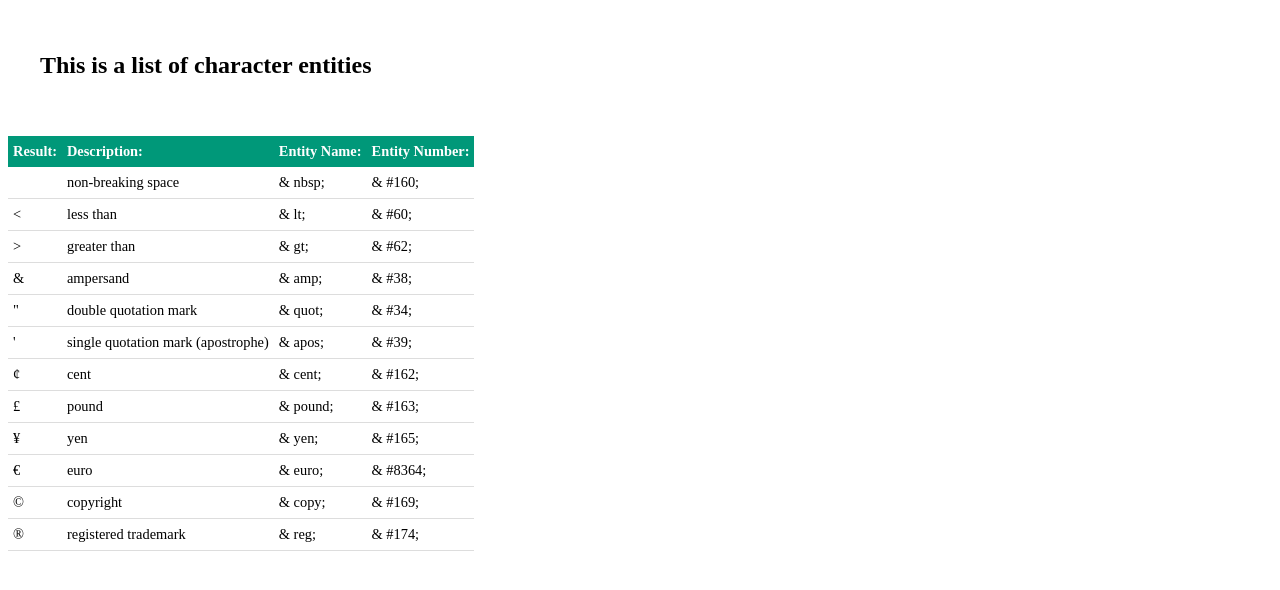
Repository: linas-dev/HTML-CSS-Projects
Page: Basic_HTML_and_CSS/Basic_HTML_5.html
The author's editor kept a copy of each file at every save. The page is drawn from the files as they stood at one save, then again after the next save.
The browser window is 1280 px wide. The pictures show the whole page.

Above is the page before, as saved 2021-05-30 11:19:03.

### Basic_HTML_and_CSS/Basic_HTML_5.html
<!DOCTYPE html>
<html lang="en">
<head>
    <meta charset="UTF-8">
    <meta http-equiv="X-UA-Compatible" content="IE=edge">
    <meta name="viewport" content="width=device-width, initial-scale=1.0">
    <link rel="stylesheet" href="Basic_CSS_2.css">
    <title>Document</title>
</head>
<body>

    <h2>This is a list of character entities</h2>

    <table class="table">
        <thead>
            <td>Result:</td>
            <td>Description: </td>
            <td>Entity Name:</td>
            <td>Entity Number:</td>
        </thead>
        <tbody>
            <tr>
                <td></td>
                <td>non-breaking space</td>
                <td>& nbsp;</td>
                <td>& #160;</td>
            </tr>
            <tr>
                <td><</td>
                <td>less than</td>
                <td>& lt;</td>
                <td>& #60;</td>
            </tr>
            <tr>
                <td>></td>
                <td> greater than</td>
                <td> & gt;</td>
                <td> & #62;</td>
            </tr>
            <tr>
                <td>&</td>
                <td> ampersand</td>
                <td> & amp;</td>
                <td> & #38;</td>
            </tr>
            <tr>
                <td>"</td>
                <td> double quotation mark</td>
                <td> & quot;</td>
                <td> & #34;</td>
            </tr>
            <tr>
                <td>'</td>
                <td> single quotation mark (apostrophe)</td>
                <td> & apos;</td>
                <td> & #39;</td>
            </tr>
            <tr>
                <td>¢</td>
                <td> cent</td>
                <td> & cent;</td>
                <td> & #162;</td>
            </tr>
            <tr>
                <td>£</td>
                <td> pound</td>
                <td> & pound;</td>
                <td> & #163;</td>
            </tr>
            <tr>
                <td>¥</td>
                <td> yen</td>
                <td> & yen;</td>
                <td> & #165;</td>
            </tr>
            <tr>
                <td>€</td>
                <td> euro</td>
                <td> & euro;</td>
                <td> & #8364;</td>
            </tr>
            <tr>
                <td>©</td>
                <td> copyright</td>
                <td> & copy;</td>
                <td> & #169;</td>
            </tr>
            <tr>
                <td>®</td>
                <td> registered trademark</td>
                <td> & reg;</td>
                <td> & #174;</td>
            </tr>
        </tbody>
    </table>

</body>
</html>

### Basic_HTML_and_CSS/Basic_CSS_2.css
h2 {
    padding: 2rem;
}

.table {
    border-collapse: collapse;
    margin: 25px 0;
    font-size: 0.9em;
    min-width: 400px;
}

.table thead tr {
    background-color: #009879;
    color: #fff;
    text-align: left;
    font-weight: bold;
}

.table th, .table td {
    padding: 7px 5px;
}

.table tbody tr {
    border-bottom: 1px solid #dddddd;
}

After the next save:
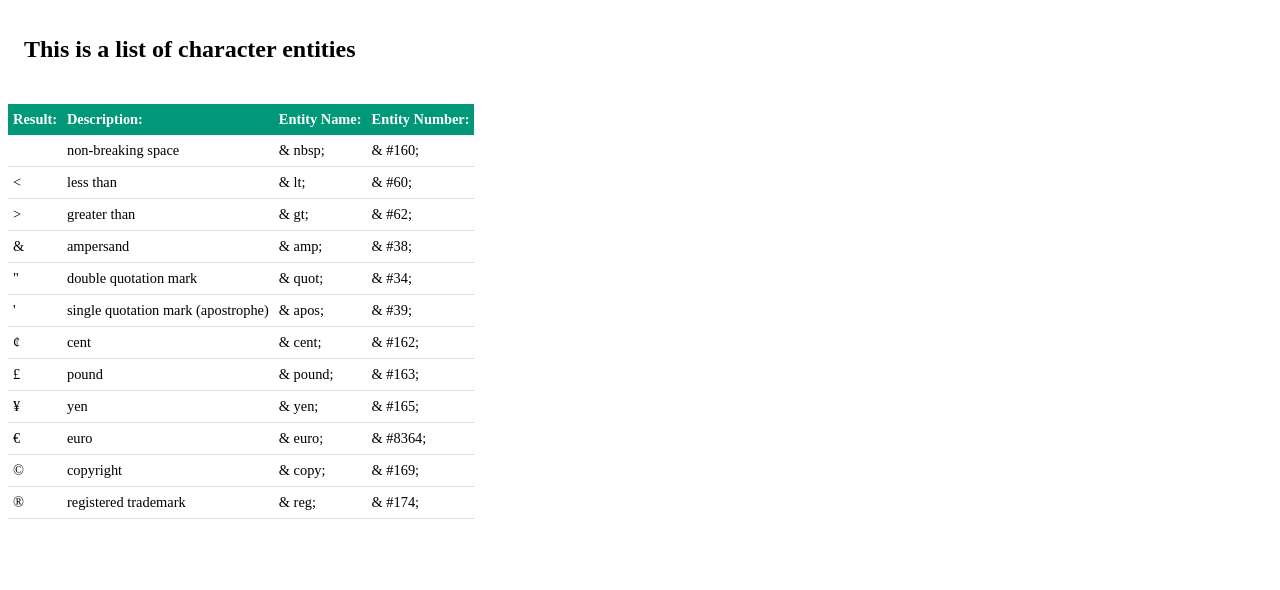
Saved 6 s later.
--- a/Basic_HTML_and_CSS/Basic_CSS_2.css
+++ b/Basic_HTML_and_CSS/Basic_CSS_2.css
@@ -1,5 +1,5 @@
 h2 {
-    padding: 2rem;
+    padding: 1rem;
 }
 
 .table {
